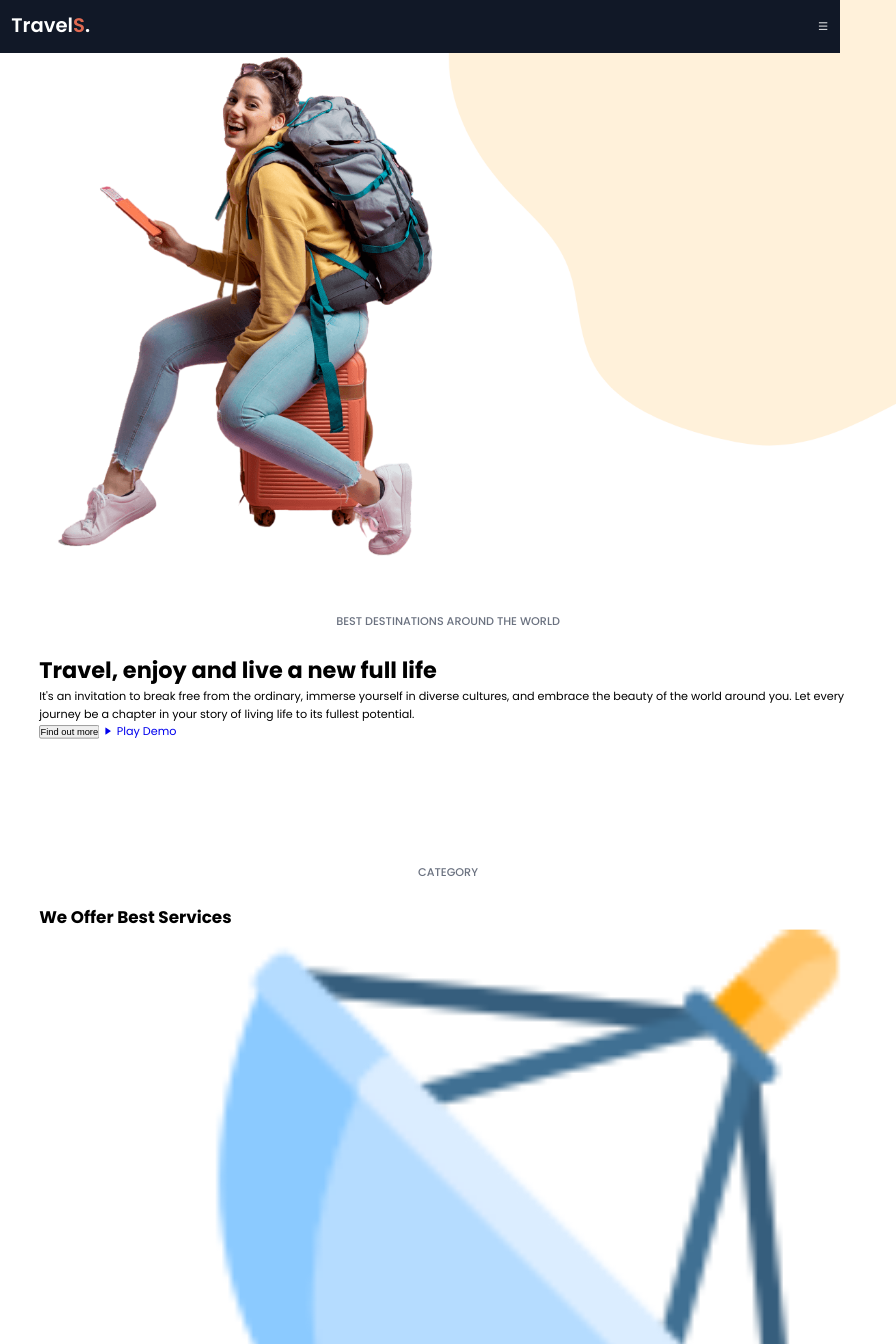
Repository: ntandomagana/travel-website
Page: index.html
An editor plug-in stored every save of this project. The page is shown before and after the next save, followed by the edit.
The browser window is 1280 px wide. The pictures show the part of the page from y = 0 to 1920 px (the page is 11179 px tall before and 11064 px after), at 70% of full size.

Above is the page before, as saved 2024-05-07 09:29:46.

After the next save:
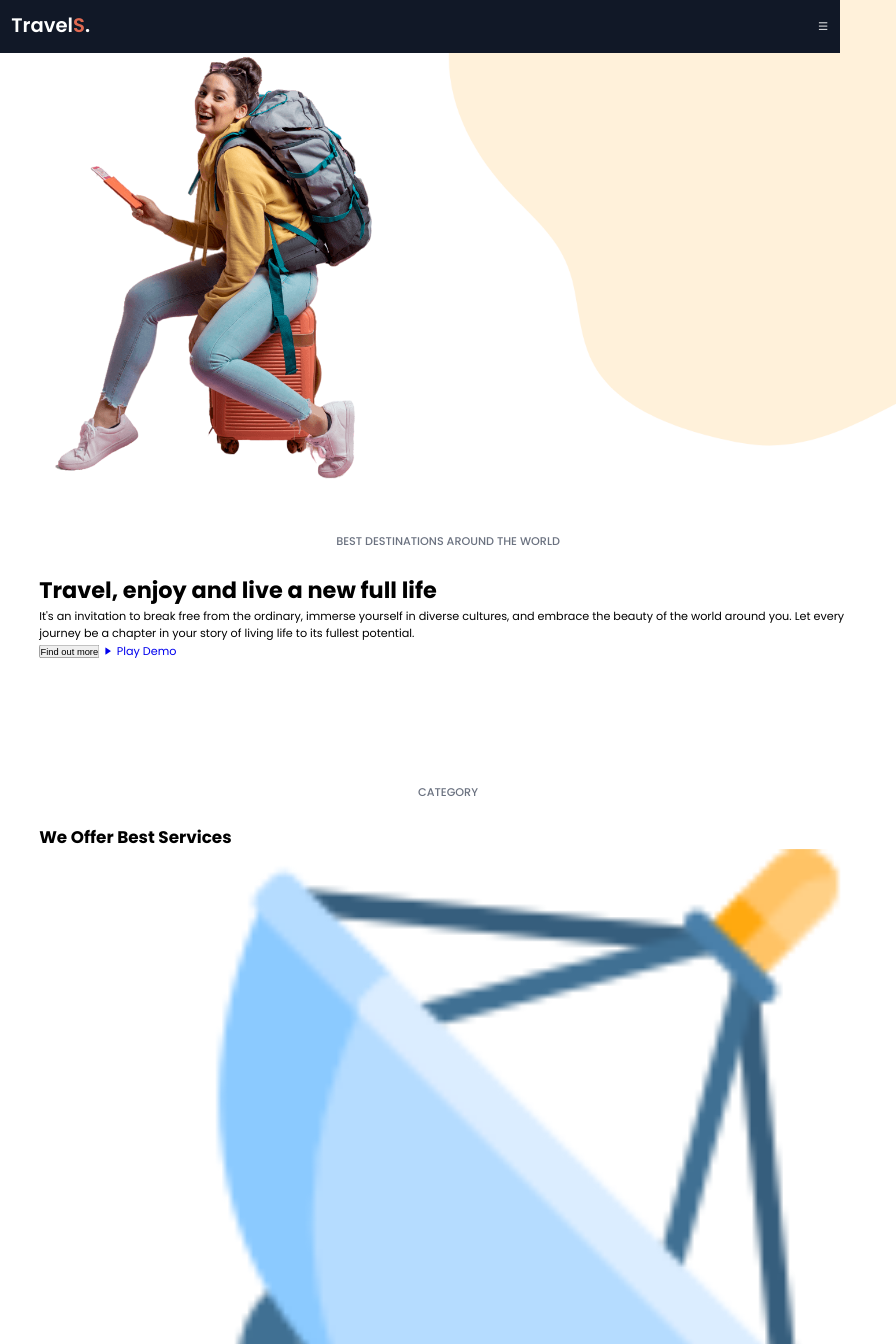
Saved 5 s later.
--- a/style.css
+++ b/style.css
@@ -94,7 +94,7 @@ nav {
 }
 
 .header-image img {
-    max-width: 650px;
+    max-width: 550px;
 }
 
 
